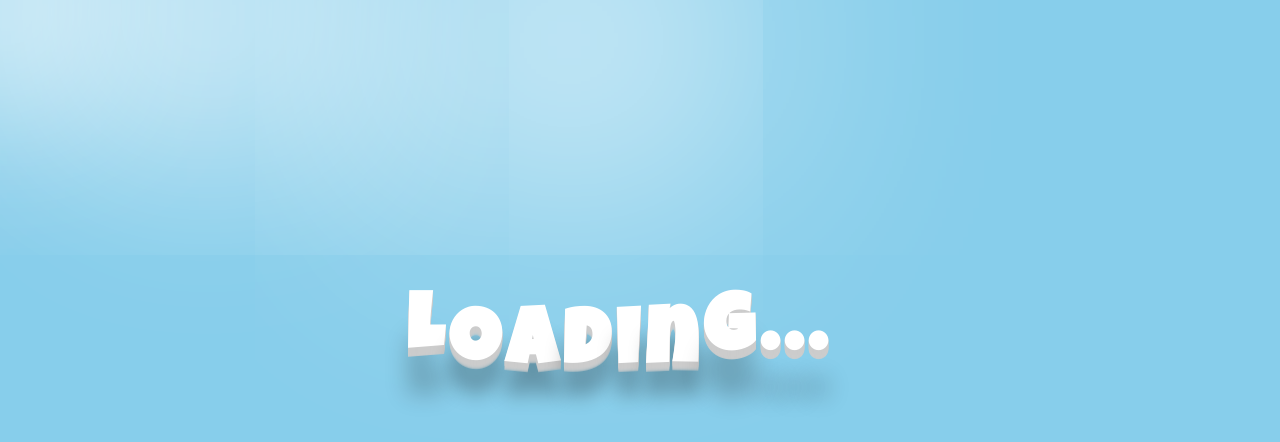
Repository: BlackCat328/CSS_Animation
Page: 2.文字弹动/index.html
The author's editor kept a copy of each file at every save. The page is drawn from the files as they stood at one save, then again after a run of saves.
The browser window is 1280 px wide. The pictures show the whole page.

Above is the page before, as saved 2022-11-13 20:49:12.

After the next 4 saves:
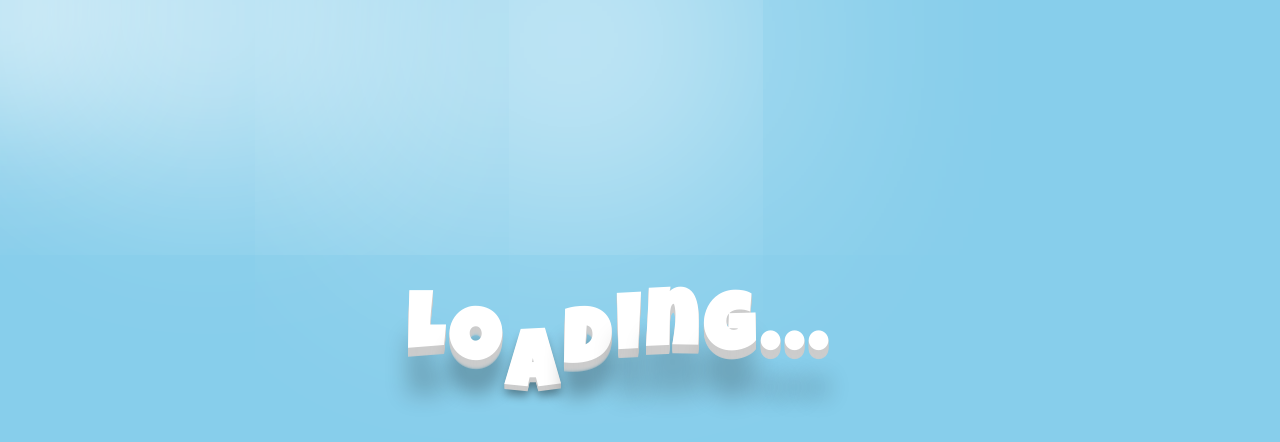
The 4 saves are shown as one change because they came seconds apart.
The last was saved 11 s later.
--- a/2.文字弹动/index.css
+++ b/2.文字弹动/index.css
@@ -84,17 +84,17 @@ h1 span:nth-child(2) {
 }
 
 h1 span:nth-child(3) {
-    animation-delay: .1s;
+    animation-delay: .2s;
 }
 
 h1 span:nth-child(4) {
-    animation-delay: .1s;
+    animation-delay: .3s;
 }
 
 h1 span:nth-child(5) {
-    animation-delay: .1s;
+    animation-delay: .4s;
 }
 
 h1 span:nth-child(6) {
-    animation-delay: .1s;
+    animation-delay: .5s;
 }
